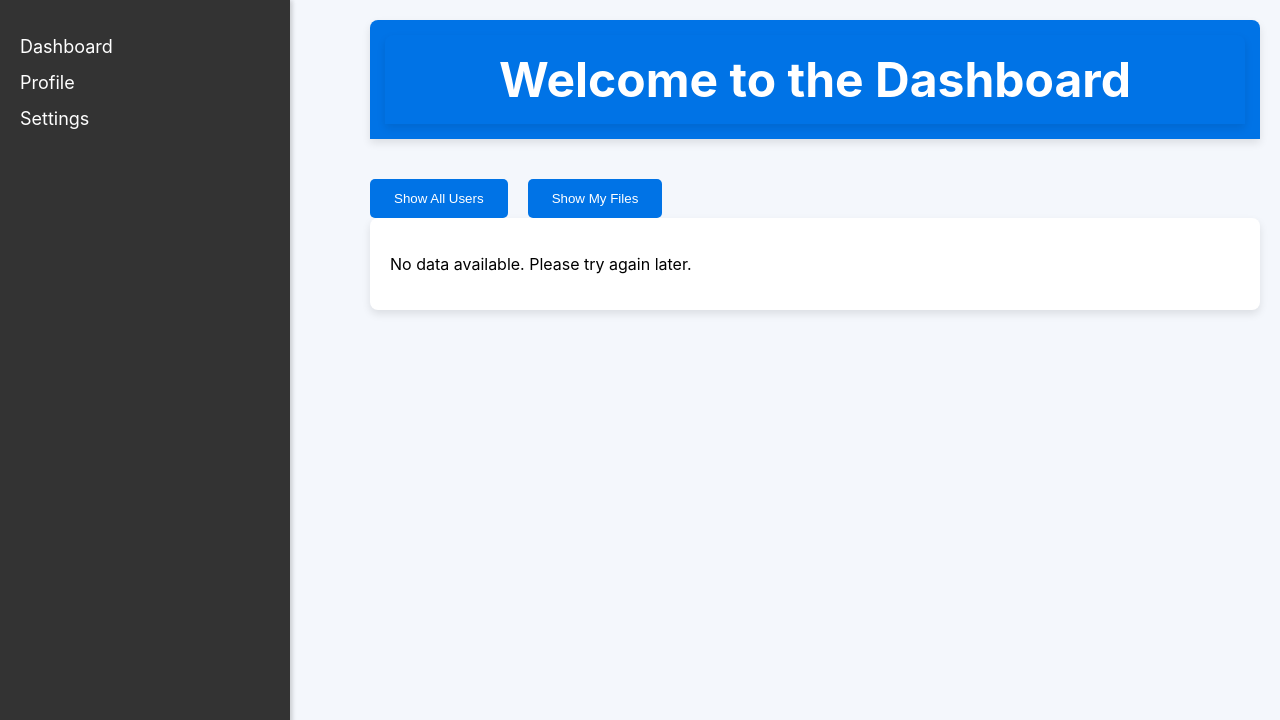
Repository: JaafarRezk/FrontEnd-InternetApplications
Page: /dashboard
The author's editor kept a copy of each file at every save. The page is drawn from the files as they stood at one save, then again after the next save.
The browser window is 1280 px wide. The pictures show the whole page.
The project was rebuilt for these pictures with package versions that can differ from the ones it lists, and the page was loaded fresh each time. Also part of the build but not shown: src/styles/Home.module.css, src/components/Home.js, src/styles/Auth.module.css, src/components/Auth/Login.js, src/components/Auth/Register.js.

Above is the page before, as saved 2024-11-09 16:47:26.

### src/App.js
// src/App.js
import React from 'react';
import { BrowserRouter as Router, Route, Routes } from 'react-router-dom';
import Home from './components/Home';
import Login from './components/Auth/Login';

import Dashboard from './components/Dashboard';
import Register from './components/Auth/Register';

function App() {
  return (
    <Router>
      <div className="App">
      <Routes>
      <Route path="/" element={<Home />} />
        <Route path="/login" element={<Login />} />
        <Route path="/register" element={<Register />} />
        <Route path="/dashboard" element={<Dashboard />} />
      </Routes>
      </div>
    </Router>
  );
}

export default App;

### src/components/Dashboard.js
import React, { useState } from 'react';
import axios from 'axios';
import Sidebar from './Sidebar';
import Header from './Header';
import Toolbar from './Toolbar';
import Content from './Contnent';
import styles from '../styles/Dashboard.module.css';
import SidebarStyles from '../styles/Sidebar.module.css';
import HeaderStyles from '../styles/Header.module.css';
import ToolbarStyles from '../styles/Toolbar.module.css';

const Dashboard = () => {
  const [users, setUsers] = useState([]);
  const [files, setFiles] = useState([]);
  const [error, setError] = useState('');
  const [loading, setLoading] = useState(false);

  const fetchUsers = async () => {
    setLoading(true);
    setError('');
    try {
      const token = localStorage.getItem('token');
      const response = await axios.get('http://127.0.0.1:8000/api/allUsers', {
        headers: {
          Authorization: `Bearer ${token}`,
        },
      });
      setUsers(response.data.data);
    } catch (error) {
      setError('Failed to load users.');
      console.error(error);
    } finally {
      setLoading(false);
    }
  };

  const fetchFiles = async () => {
    setLoading(true);
    setError('');
    try {
      const token = localStorage.getItem('token');
      const response = await axios.get('http://127.0.0.1:8000/api/file/getMyFiles', {
        headers: {
          Authorization: `Bearer ${token}`,
        },
      });
      setFiles(response.data);
    } catch (error) {
      setError('Failed to load files.');
      console.error(error);
    } finally {
      setLoading(false);
    }
  };

  return (
    <div className={styles.dashboard}>
      <div className={SidebarStyles.sidebar}>
        <Sidebar />
      </div>
      <div className={styles.mainContent}>
        <div className={HeaderStyles.header}>
          <Header />
        </div>
        <div className={ToolbarStyles.toolbar}>
          <Toolbar fetchUsers={fetchUsers} fetchFiles={fetchFiles} loading={loading} />
        </div>
        <Content users={users} files={files} error={error} loading={loading} />
      </div>
    </div>
  );
};

export default Dashboard;

### src/components/Sidebar.js
import React from 'react';
import { Link } from 'react-router-dom';
import styles from '../styles/Sidebar.module.css';

const Sidebar = () => {
  return (
    <div className={styles.sidebar}>
      <ul>
        <li><Link to="/dashboard">Dashboard</Link></li>
        <li><Link to="/profile">Profile</Link></li>
        <li><Link to="/settings">Settings</Link></li>
      </ul>
    </div>
  );
};

export default Sidebar;

### src/components/Header.js
import React from 'react';
import styles from '../styles/Header.module.css';

const Header = () => {
  return (
    <div className={styles.header}>
      <h1>Welcome to the Dashboard</h1>
    </div>
  );
};

export default Header;

### src/components/Toolbar.js
import React from 'react';
import styles from '../styles/Toolbar.module.css';

const Toolbar = ({ fetchUsers, fetchFiles, loading }) => {
  return (
    <div className={styles.toolbar}>
      <button onClick={fetchUsers} className={styles.button} disabled={loading}>
        {loading ? 'Loading Users...' : 'Show All Users'}
      </button>
      <button onClick={fetchFiles} className={styles.button} disabled={loading}>
        {loading ? 'Loading Files...' : 'Show My Files'}
      </button>
    </div>
  );
};

export default Toolbar;

### src/components/Contnent.js
import React from 'react';
import styles from '../styles/Content.module.css';

const Content = ({ users, files, error, loading }) => {
  return (
    <div className={styles.content}>
      {error && <p className={styles.error}>{error}</p>}

      {loading && <p>Loading...</p>}

      {users.length > 0 && (
        <div className={styles.cardContainer}>
          <div className={styles.card}>
            <h3>Users:</h3>
            <ul>
              {users.map((user) => (
                <li key={user.id}>{user.name} - {user.email}</li>
              ))}
            </ul>
          </div>
        </div>
      )}

      {files.length > 0 && (
        <div className={styles.cardContainer}>
          <div className={styles.card}>
            <h3>My Files:</h3>
            <ul>
              {files.map((file) => (
                <li key={file.id}>{file.name}</li>
              ))}
            </ul>
          </div>
        </div>
      )}

      {users.length === 0 && files.length === 0 && !loading && (
        <p>No data available. Please try again later.</p>
      )}
    </div>
  );
};

export default Content;

### src/styles/Dashboard.module.css
/* Dashboard.module.css */
.dashboard {
    display: flex;
    min-height: 100vh;
    background-color: #f4f7fc;
  }

  .mainContent {
    flex: 1;
    margin-left: 350px; /* Space for Sidebar */
    padding: 20px;
  }

  @media (max-width: 768px) {
    .mainContent {
      margin-left: 0;
    }
  }

### src/styles/Sidebar.module.css
/* Sidebar.module.css */
.sidebar {
    width: 250px;
    background-color: #333;
    color: white;
    padding: 20px;
    height: 100vh;
    position: fixed;
    top: 0;
    left: 0;
    box-shadow: 2px 0 5px rgba(0, 0, 0, 0.1);
  }

  .sidebar ul {
    list-style-type: none;
    padding: 0;
  }

  .sidebar li {
    margin: 15px 0;
  }

  .sidebar li a {
    color: white;
    text-decoration: none;
    font-size: 18px;
    display: block;
  }

  .sidebar li a:hover {
    background-color: #0073e6;
    padding: 10px;
    border-radius: 5px;
  }

### src/styles/Header.module.css
/* Header.module.css */
.header {
    background-color: #0073e6;
    color: white;
    padding: 15px;
    text-align: center;
    font-size: 24px;
    font-weight: bold;
    border-radius: 8px 8px 0 0;
    box-shadow: 0 4px 8px rgba(0, 0, 0, 0.1);
  }

  .header h1 {
    margin: 0;
  }

### src/styles/Toolbar.module.css
/* Toolbar.module.css */
.toolbar {
    display: flex;
    gap: 20px;
    margin-top: 20px;
  }

  .button {
    padding: 12px 24px;
    background-color: #0073e6;
    color: white;
    border: none;
    cursor: pointer;
    border-radius: 5px;
    transition: background-color 0.3s ease;
  }

  .button:hover {
    background-color: #005bb5;
  }

  .button:disabled {
    background-color: #cccccc;
    cursor: not-allowed;
  }

### src/styles/Content.module.css
/* Content.module.css */
.content {
    padding: 20px;
    background-color: #fff;
    border-radius: 8px;
    box-shadow: 0 4px 8px rgba(0, 0, 0, 0.1);
  }

  .error {
    color: red;
    font-weight: bold;
  }

  .cardContainer {
    margin-top: 20px;
  }

  .card {
    background-color: #f9f9f9;
    padding: 15px;
    border-radius: 8px;
    box-shadow: 0 4px 8px rgba(0, 0, 0, 0.05);
  }

  .card h3 {
    margin-bottom: 10px;
    color: #333;
  }

  .card ul {
    list-style-type: none;
    padding: 0;
  }

  .card li {
    padding: 8px 0;
    border-bottom: 1px solid #eee;
  }

  .card li:last-child {
    border-bottom: none;
  }

Loaded but not shown: public/index.html (common file); src/index.js (common file); src/index.css (common file); src/reportWebVitals.js (common file)

After the next save:
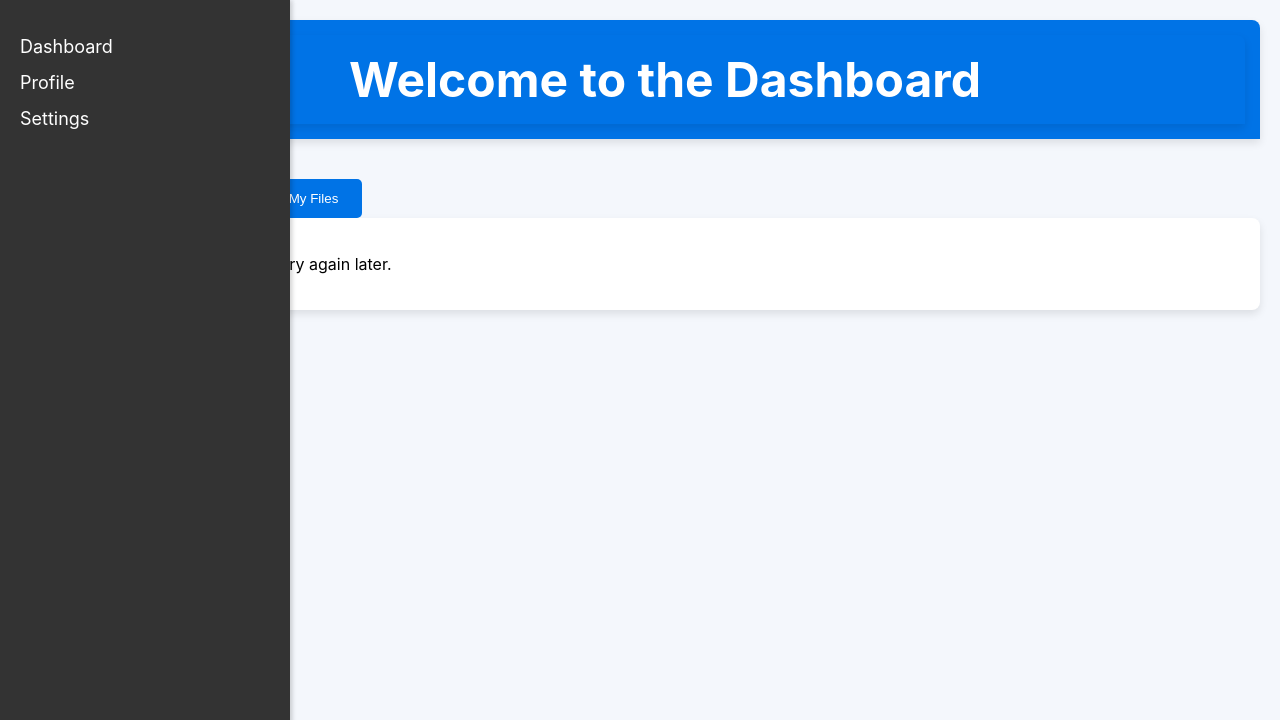
Saved 5 s later.
--- a/src/styles/Dashboard.module.css
+++ b/src/styles/Dashboard.module.css
@@ -7,7 +7,7 @@
 
   .mainContent {
     flex: 1;
-    margin-left: 350px; /* Space for Sidebar */
+    margin-left: 50px; /* Space for Sidebar */
     padding: 20px;
   }
 
